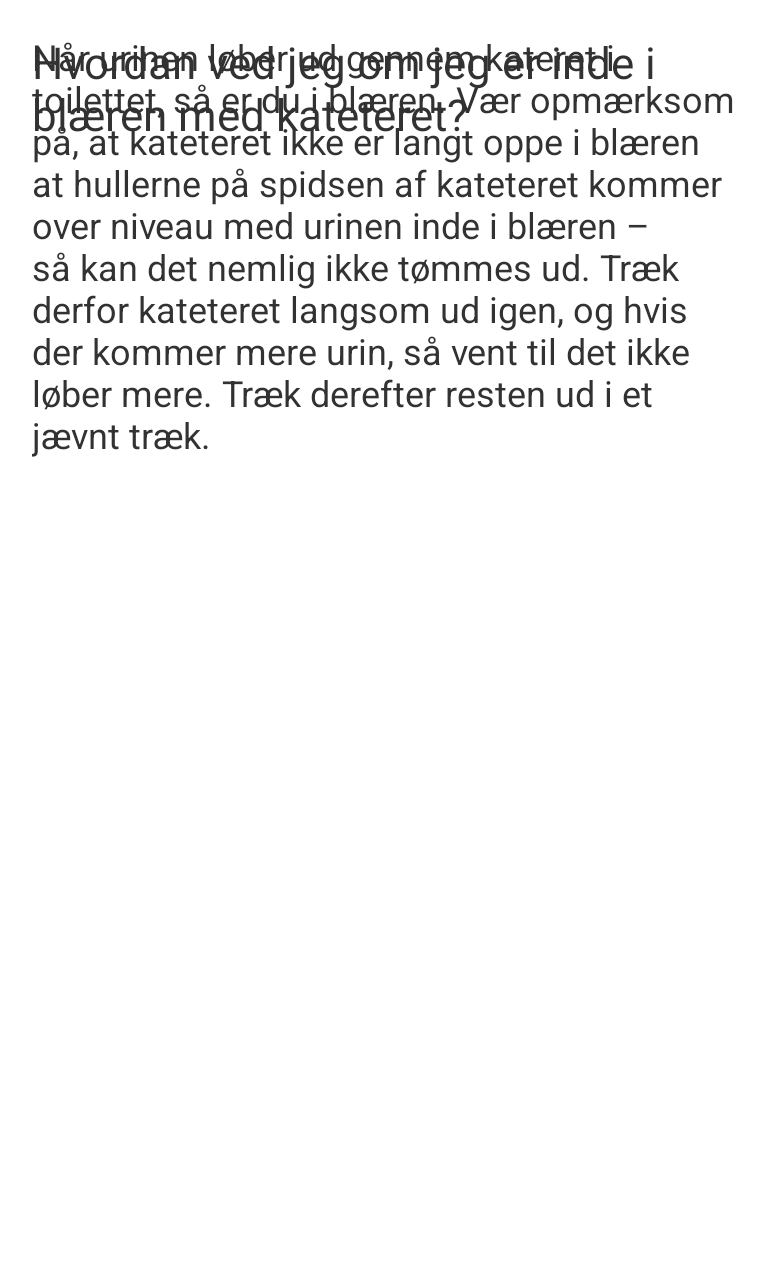
Repository: KingApollo/RIKapp2
Layout: RIKapp/res/layout/activity_when_in_bladder.xml
An editor plug-in stored every save of this project. The layout is shown before and after the next save, followed by the edit.
It is drawn on a 768 x 1280 px phone screen (xhdpi) without system bars, with theme android:Theme.Light.NoTitleBar; the app's code is not run.

Above is the layout before, as saved 2014-10-10 12:38:53.

### RIKapp/res/layout/activity_when_in_bladder.xml
<RelativeLayout xmlns:android="http://schemas.android.com/apk/res/android"
    xmlns:tools="http://schemas.android.com/tools"
    android:layout_width="match_parent"
    android:layout_height="match_parent"
    android:paddingBottom="@dimen/activity_vertical_margin"
    android:paddingLeft="@dimen/activity_horizontal_margin"
    android:paddingRight="@dimen/activity_horizontal_margin"
    android:paddingTop="@dimen/activity_vertical_margin"
    tools:context="dk.ucn.datamatiker.rikapp.WhenInBladder" >


 <TextView
    android:id="@+id/tvWhenBladderQuestion"
    android:layout_width="wrap_content"
    android:layout_height="wrap_content"
    android:text="@string/whenBladderQuestion"
    android:textSize="22sp" />

 <TextView
    android:id="@+id/tvWhenBladderAnswer"
    android:layout_width="wrap_content"
    android:layout_height="wrap_content"
    android:text="@string/whenBladderAnswer"
    android:textSize="18sp" />

</RelativeLayout>

### RIKapp/res/values/strings.xml
<?xml version="1.0" encoding="utf-8"?>
<resources>

    <string name="app_name">RIKapp</string>
    <string name="hello_world">Hello world!</string>
    <string name="action_settings">Settings</string>
    <string name="title_activity_hyg">Hyg</string>
    <string name="hygiejne_btn">Hygiejne</string>
    <string name="maaling_btn">Måling</string>
    <string name="title_activity_maalinger">Maalinger</string>
    <string name="skema_btn">Skema</string>
    <string name="title_activity_skema">Skema</string>
    <string name="title_activity_information">Information</string>
    <string name="howOftenAnswer">"Du har på sygehuset aftalt en hyppighed med sygeplejersken. Man kan ikke præcist aftale hvor mange gange man skal RIK'ke sig hver dag, idet det afhænger af årsagen til RIK. En tommelfingerregel er, at hvis du efter naturlig vandladning udtømmer mere end 100-150 ml. med kateter, kan du kateteriserer dig én gang mindre i døgnet. Den første uges tid kan det være en god idé at skrive ned, hvor meget du udtømmer. Du kan med jævne mellemrum kontrollere hvor meget du lader spontant og hvor meget du udtømmer med kateter."</string>
    <string name="howOftenQuestion">Hvor ofte skal jeg tømme blæren ved RIK?</string>
    <string name="test1">111111111111111111111111</string>
    <string name="test2">22222222222222222222222222</string>
    <string name="title_activity_how_often">HowOften</string>
    <string name="title_activity_kontakt">Kontakt</string>
    <string name="kontakt_btn">Kontakt</string>
    <string name="kontakt_text">"<b>Kontakt1</b> \n Kontaktperson: kp1 \n Tlf: 12345678 \n Email: kp1@e.dk
        \n\n<b>Kontakt2</b> \n Kontaktperson: kp2 \n Tlf: 87654321 \n Email: kp2@e.dk"</string>
    <string name="kontakt_title">"Kontakt"</string>
    <string name="mlInput_hint">Intast ml</string>
    <string name="save_btn_name">Log måling</string>
    <string name="noteInput_hint">Eventuelt note</string>
    <string name="title_activity_when_in_bladder">WhenInBladder</string>
    <string name="whenBladderQuestion">"Hvordan ved jeg om jeg er inde i blæren med kateteret?"</string>
    <string name="whenBladderAnswer">"Når urinen løber ud gennem kateret i toilettet, så er du i blæren. Vær opmærksom på, at kateteret ikke er langt oppe i blæren at hullerne på spidsen af kateteret kommer over niveau med urinen inde i blæren – så kan det nemlig ikke tømmes ud. Træk derfor kateteret langsom ud igen, og hvis der kommer mere urin, så vent til det ikke løber mere. Træk derefter resten ud i et jævnt træk.</string>
    <string name="doesItHurtQuestion">Gør det ondt at katerisere sig selv?</string>
    <string name="doesItHurtAnswer">""Nej, det gør ikke ondt, men du kan føle lidt ubehag i begyndelsen i urinrøret eller et kortvarigt jag i blæren. Hvis du oplever sådan et jag, så kan det skyldes at blærevæggen suges tæt til kateteret i blæren, når den tømmes. Det forsvinder hurtigt igen. "</string>
    <string name="whyBloodQuestion">Hvorfor kommer der somme tider lidt blod, når jeg kateriserer mig?</string>
    <string name="whyBloodAnswer">Det gør der, fordi der nemt kan komme en lille ridse i urinrørets slimhinde eller i blærens slimhinde. Det betyder ingenting, og er helt ufarligt. </string>
    <string name="whenHandWashQuestion">Hvornår skal jeg vaske hænder, når jeg skal RIK´ke?</string>
    <string name="whenHandWashAnswer">Det skal du før du påbegynder udtømningen. Det vil sige, at du finder det frem, som du skal bruge, og måske lukker du bukserne op og trækker bukserne ned. Så vasker du hænderne ifølge forskrifterne – klik her. Du skal også afslutte med at vaske hænderne, når du har tømt blæren for urin, og har trukket benklæderne op igen. Du skal tørre hænderne i et rent håndklæde/engangshåndklæde.</string>
    <string name="howHandWashQuestion">Hvordan skal jeg vaske mine hænder korrekt?</string>
    <string name="howHandWashAnswer">Du kan se videoen ved at klikke her</string>
    <string name="title_activity_does_it_hurt">DoesItHurt</string>
    <string name="title_activity_when_wash_hands">WhenWashHands</string>
    <string name="title_activity_how_wash_hands">HowWashHands</string>
    <string name="title_activity_why_blood">WhyBlood</string>

</resources>

Loaded but not shown: RIKapp/res/values/dimens.xml (common file); RIKapp/res/values-w820dp/dimens.xml (common file)

After the next save:
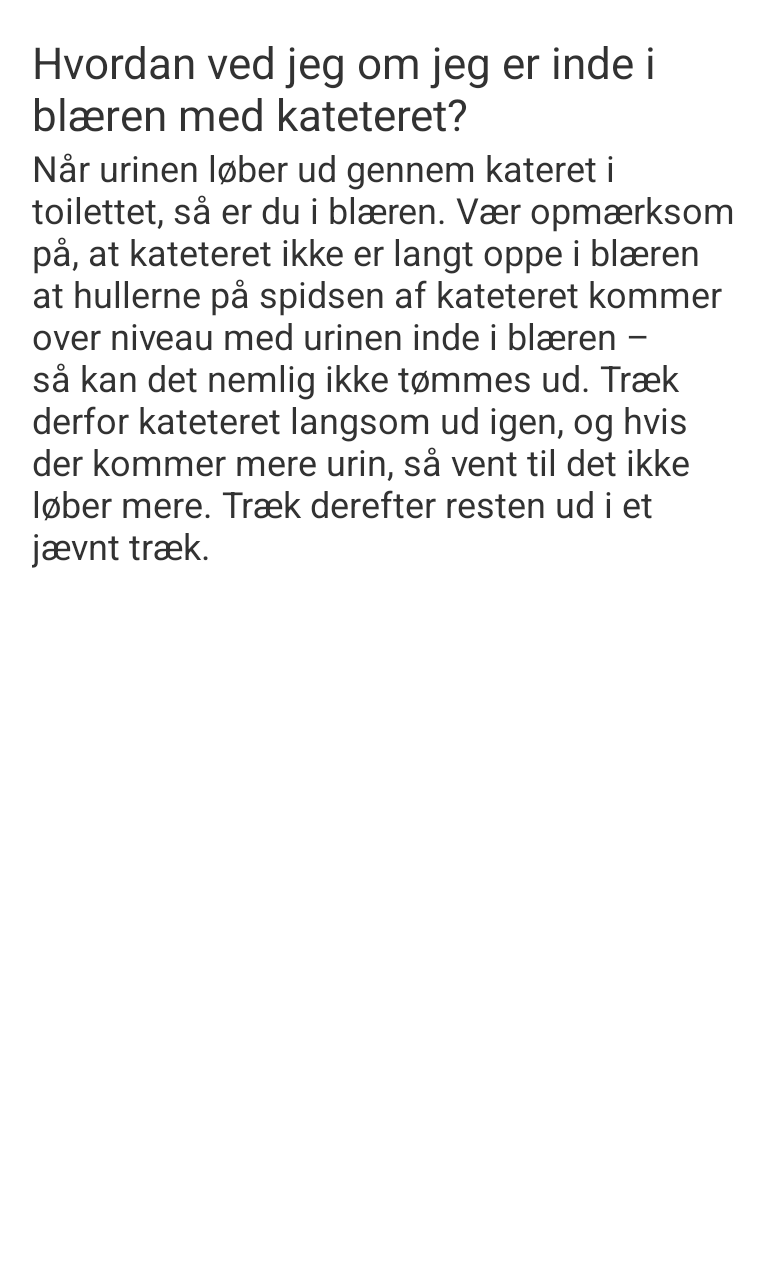
Saved 61 s later.
--- a/RIKapp/res/layout/activity_when_in_bladder.xml
+++ b/RIKapp/res/layout/activity_when_in_bladder.xml
@@ -21,6 +21,8 @@
     android:layout_width="wrap_content"
     android:layout_height="wrap_content"
     android:text="@string/whenBladderAnswer"
-    android:textSize="18sp" />
+    android:textSize="18sp"
+    android:layout_below="@+id/tvWhenBladderQuestion"
+    />
 
 </RelativeLayout>
